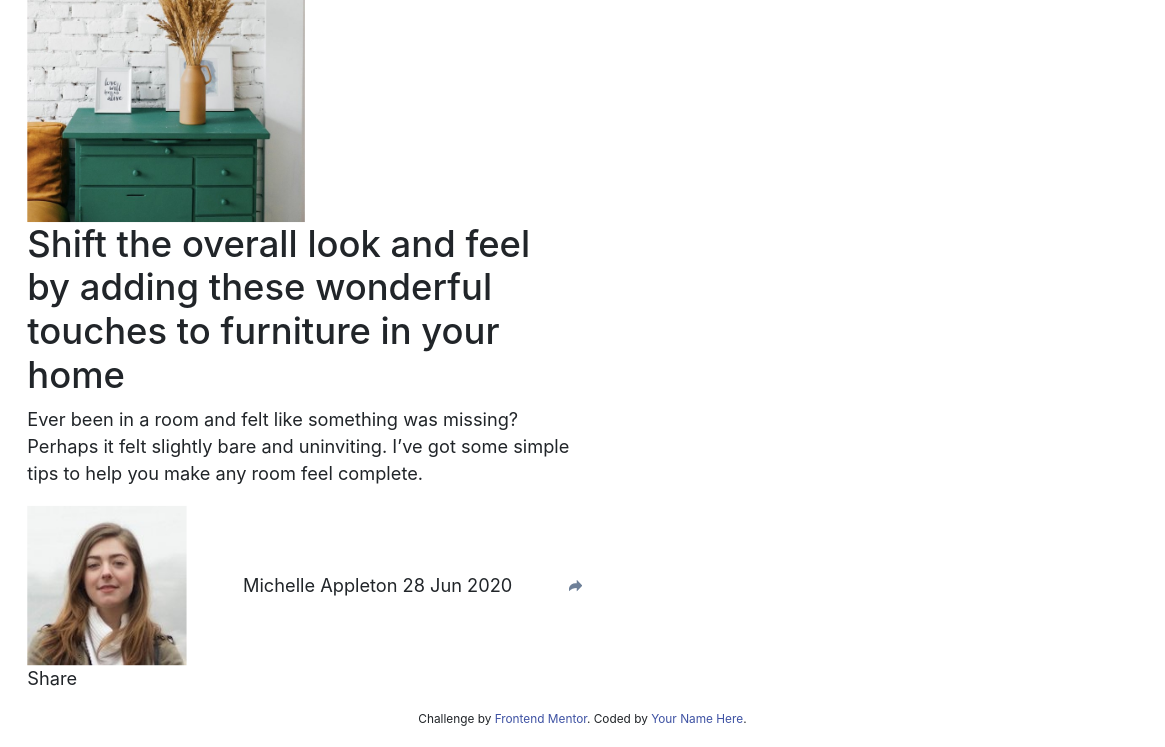
Repository: timiodulate/Article-Preview-Component
Page: index.html
An editor plug-in stored every save of this project. The page is shown before and after a run of saves, followed by the edit.
The browser window is 1280 px wide. The pictures show the whole page, at 91% of full size.

Above is the page before, as saved 2020-07-11 11:18:47.

After the next 2 saves:
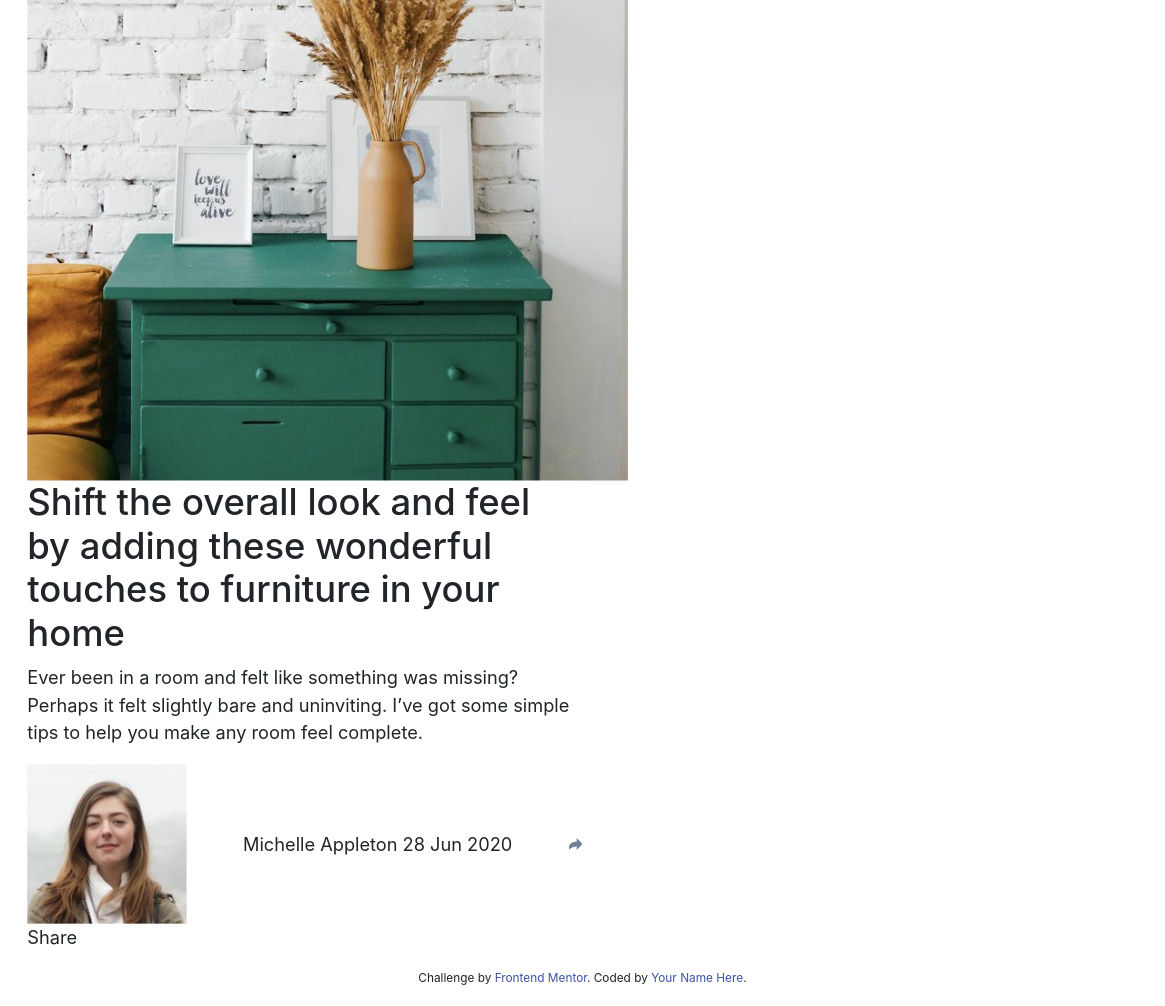
The 2 saves are shown as one change because they came seconds apart.
The last was saved 7 s later.
--- a/index.html
+++ b/index.html
@@ -20,7 +20,7 @@
 
       <div class="imageContainer w-50">
 
-        <img src="./images/drawers.jpg" alt="" class="w-50">
+        <img src="./images/drawers.jpg" alt="" class="">
       </div>
 
       <div class="textContainer w-50">
